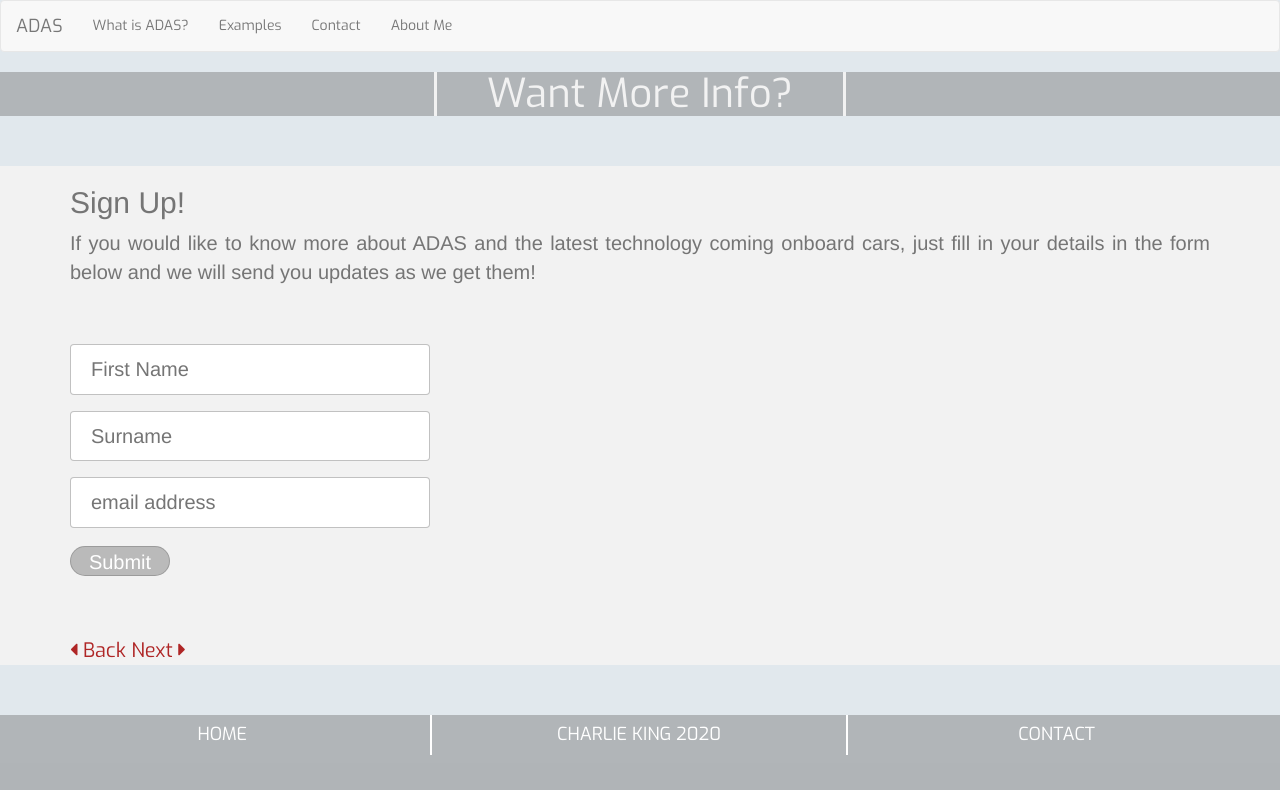
Repository: Cha-K28/First-Milestone-Project
Page: contact.html
The author's editor kept a record of every edit. The page is drawn from the files as they stood at one moment, then again after the next edit.
The browser window is 1280 px wide. The pictures show the whole page.
Some web libraries are served in a nearby version.

Above is the page before.

### contact.html
<!DOCTYPE html>
<html lang="en">

<head>
    <meta charset="utf-8">
    <meta name="viewport" content="width=device-width, initial-scale=1">
    <link rel="stylesheet" href="https://maxcdn.bootstrapcdn.com/bootstrap/3.4.1/css/bootstrap.min.css">
    <script src="https://ajax.googleapis.com/ajax/libs/jquery/3.4.1/jquery.min.js"></script>
    <script src="https://maxcdn.bootstrapcdn.com/bootstrap/3.4.1/js/bootstrap.min.js"></script>
    <link href="https://fonts.googleapis.com/css?family=Exo&display=swap" rel="stylesheet">
    <link rel="stylesheet" href="https://cdnjs.cloudflare.com/ajax/libs/font-awesome/5.11.2/css/all.css" type="text/css" />

    <link rel="stylesheet" href="css/style.css" type="text/css" />
    <title>ADAS - What is it?</title>
</head>

<body>
    <!-- header  -->
    <header>
        <nav class="navbar navbar-default">
            <div class="container-fluid">
                <div class="navbar-header">

                    <button type="button" class="navbar-toggle" data-toggle="collapse" data-target="#myNavbar">
                        <span class="icon-bar"></span>
                        <span class="icon-bar"></span>
                        <span class="icon-bar"></span>
                    </button>

                    <a class="navbar-brand" href="index.html">ADAS</a>
                </div>
                <div class="collapse navbar-collapse" id="myNavbar">
                    <ul class="nav navbar-nav">
                        <li><a href="what_is_adas.html">What is ADAS?</a></li>
                        <li><a href="examples.html">Examples</a></li>
                        <li><a href="contact.html">Contact</a></li>
                        <li><a href="about_me.html">About Me</a></li>
                    </ul>
                </div>
            </div>
        </nav>
    </header>
    <!-- End header  -->

    <!-- Content -->

    <div class="top_headings">
        <H1>Want More Info?</H1>
    </div>

    <div class="bright_background">

        <div class="container">

            <h2>Sign Up!</h2>


            <p>
                If you would like to know more about ADAS and the latest technology coming onboard cars, just fill in your details in the form below and we will send you updates as we get them!
            </p>

            <div class="row">

                <div class="col-md-4">
                    <form>
                        <input type="text" name="first_name" placeholder="First Name" />
                        <input type="text" name="surname" placeholder="Surname" />
                        <input type="email" name="email" placeholder="email address">
                        <input type="submit" value="Submit" />
                    </form>
                </div>

            </div>

            <p>
                <!-- empty paragraph to create space between submit button and back/next buttons -->
            </p>




                <div>

                    <a href="examples.html" class="red-color"><i class="fas fa-caret-left"></i> Back </a>
                    <a href="about_me.html" class="red-color">Next <i class="fas fa-caret-right"></i></a>

                </div>



        </div>
    </div>

    <!-- End Content -->



    <!-- footer -->
    <div class="footer">
        <footer class="container-fluid footer_background">

                <div>
                    <div class="col-sm-4 footer_box">
                        <h4><a href="index.html">Home</a></h4>
                    </div>
                    <div class="col-sm-4 footer_box">
                        <h4>Charlie King 2020</h4>

                    </div>

                    <div class="col-sm-4">
                        <h4><a href="contact.html">Contact</a></h4>

                    </div>
                </div>

        </footer>
    </div>


    <!-- End footer -->

</body>

</html>

### css/style.css
body {
  background-color: #e1e8ed;
}


/* --------------------------------------- headings etc*/

.top_headings {
  background-color: #75757573;

}

h1 {
  display: block;
  text-align: center;
  font-size: 40px;
  font-family: 'Exo', sans-serif;
  color: #f2f2f2;
  margin-left: auto;
  margin-right: auto;
  padding-left: 50px;
  padding-right: 50px;
  margin-bottom: 50px;
  width: fit-content;
  width: -moz-fit-content;
  width: -webkit-fit-content;

}

@media (Min-Width:768px) {

  h1 {
    border-right: solid 3px #f2f2f2;
    border-left: solid 3px #f2f2f2;
  }

}

h2 {
  text-align: left;
}


h4 {
  margin-top: 10px;
  text-align: center;
  font-family: 'Exo', sans-serif;
  color: white;
  text-transform: uppercase;
}


/*----------------------------------------------- headings etc close */

/*----------------------------------------------- main content */

.container {

  font-size: 20px;
  color: #757575;
  text-align: justify;

}



.background-image {
  background-image: url(../images/background.png);
  background-size: cover;
  height: 450px;
  width: auto;
  background-position: center;
  background-repeat: no-repeat;
  margin-bottom: 50px;


}

@media (Max-Width:768px) {

  .background-image {
    height: 350px;
  }
}


@media (Max-Width:414px) {

  .background-image {
    height: 200px;
  }
}


.background-image-2 {
  background-image: url(../images/backround_image_2.jpg);
  background-size: cover;
  height: 200px;
  width: auto;
  background-position: center;
  background-repeat: no-repeat;
  margin-bottom: 50px;

}


p {
  margin-bottom: 50px;

}


.bright_background {
  background-color: #f2f2f2;
}


button {
  display: block;
  margin-left: auto;
  margin-right: auto;
  margin-bottom: 15px;
  border-radius: 25px;
  color: white;
  background-color: #af2626;
  border: none;

}

button:hover {
  background-color: #f2f2f2 ;
  color: #757575 ;
  transition-duration: 3s;

}

.red-color {
  color: #af2626 ;
}


a {
  font-family: "Exo", sans-serif;
  color: white;
}


a:hover {
  color: #757575 ;
  transition-duration: 2s;
}



/*----------------------------------------end main content */



/* ---------------------------------- contact form */

input[type=email] {
  width: 100%;
  background-color: white;
  color: #75757573;
  padding: 10px 20px;
  margin: 8px 0;
  border: solid #75757573 1px;
  border-radius: 4px;
  cursor: pointer;

}

input[type=text] {
  width: 100%;
  background-color: white;
  color: #75757573;
  padding: 10px 20px;
  margin: 8px 0;
  border: solid #75757573 1px;
  border-radius: 4px;
  cursor: pointer;

}

input[type=submit] {
  width: 100px;
  height: 30px;
  border-radius: 25px;
  border: solid #75757573 1px;
  margin-top: 10px;
  color: white;
  background-color: #75757573;
  margin-bottom: 10px;

}

/* ----------------------------------------- Contact Form */



/* ----------------------------footer */

.footer {
  margin-top: 50px;
}


.footer_background {
  background-color: #75757573;
  height: 75px;
  position: relative;
  width: 100%;
}

@media (Max-width:768px) {

  .footer_background {
    height: fit-content;
    height: -moz-fit-content;
    height: -webkit-fit-content;
  }

}



@media (Min-Width:768px) {

  .footer_box {
    border-right: solid 2px white;
  }

}


/* ------------------------------footer */

After the next edit:
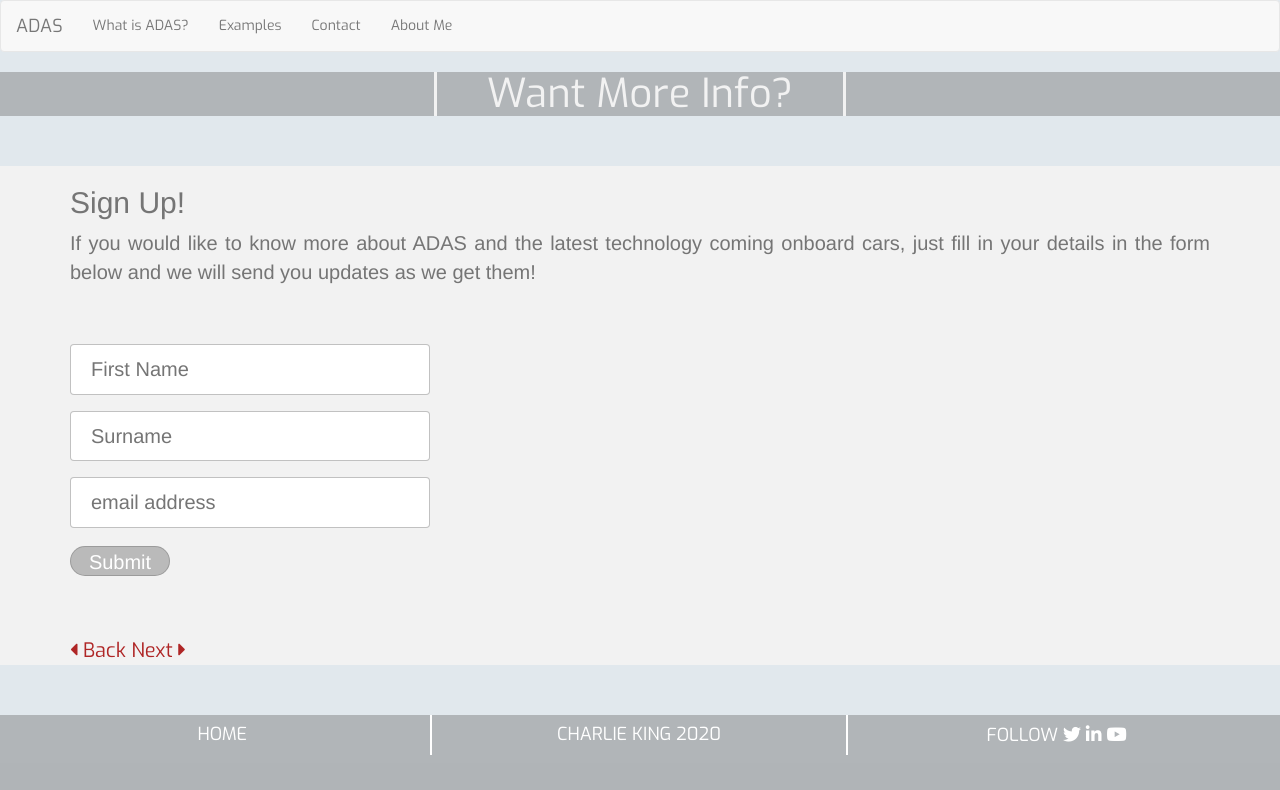
The edit:
--- a/contact.html
+++ b/contact.html
@@ -109,7 +109,14 @@
                     </div>
 
                     <div class="col-sm-4">
-                        <h4><a href="contact.html">Contact</a></h4>
+
+                        <h4>Follow
+
+                            <a href="https://twitter.com/"> <i class="fab fa-twitter"></i></a>
+                            <a href="https://ie.linkedin.com/"><i class="fab fa-linkedin-in"></i></a>
+                            <a href="https://www.youtube.com/"><i class="fab fa-youtube"></i></a>
+
+                        </h4>
 
                     </div>
                 </div>
